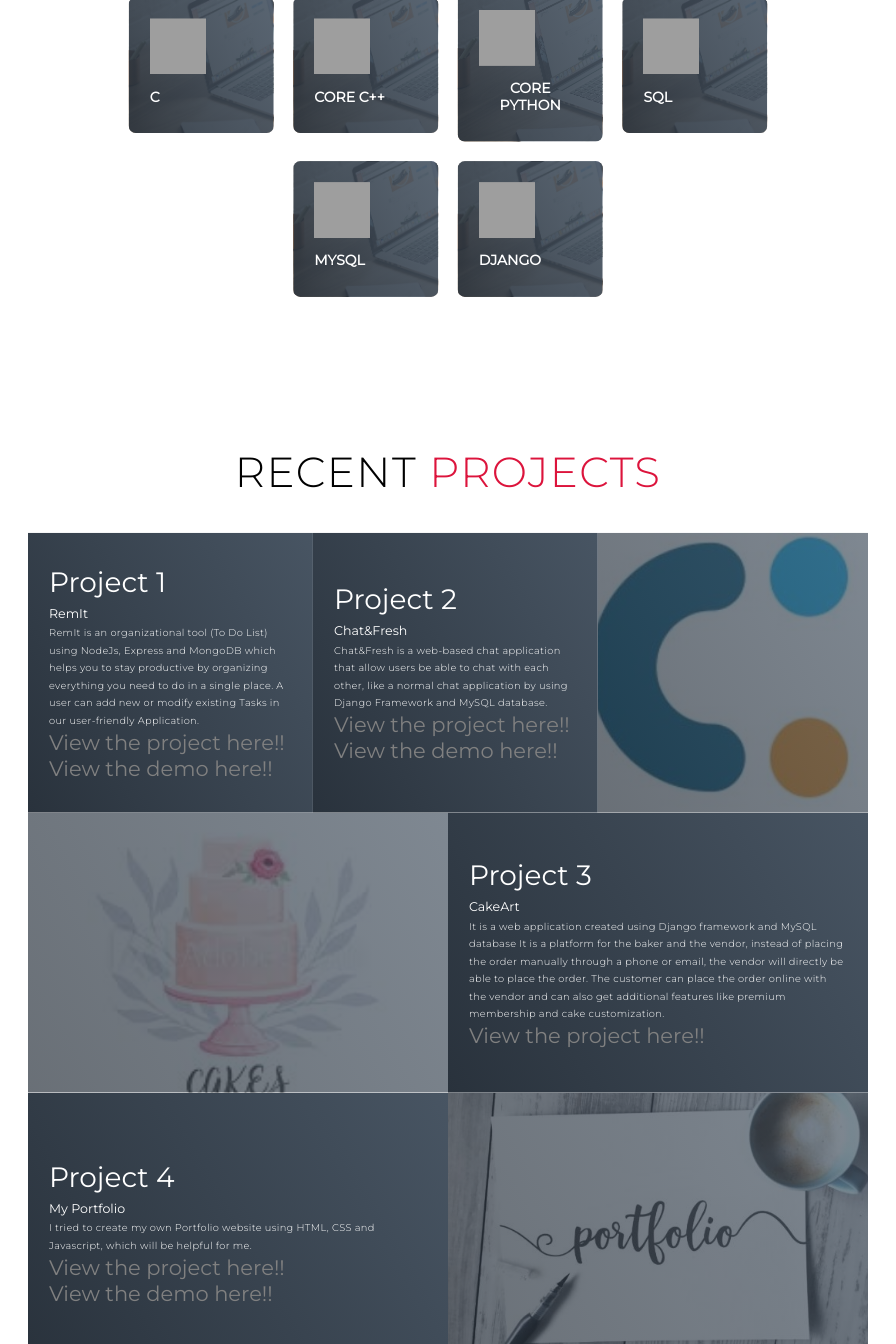
Repository: sanjana-poptani/sanjana-poptani.github.io
Page: index.html
These files come from the project's save history. The page is drawn as it stood at one moment and after the next save; the edit follows.
The browser window is 1280 px wide. The pictures show the part of the page from y = 983 to 2903 px (the page is 4684 px tall), at 70% of full size.
Pictures or frames that could not be fetched are drawn as grey boxes.

Above is the page before, as saved 2021-12-28 00:40:39.

### index.html
<!DOCTYPE html>
<html lang="en">
<head>
    <meta charset="UTF-8">
    <meta http-equiv="X-UA-Compatible" content="IE=edge">
    <meta name="viewport" content="width=device-width, initial-scale=1.0">
    <title>Sanjana Poptani</title>
    <link rel="stylesheet" href="style.css">
    <link rel="icon" href="images/newimg.jpg" type="image/x-icon">
</head>
<body>
    <!-- Header -->
  <section id="header">
    <div class="header container">
      <div class="nav-bar">
        <div class="brand">
          <a href="#hero">
            <h1><span>P</span>optani <span>S</span>anjana</h1>
          </a>
        </div>
        <div class="nav-list">
          <div class="hamburger">
            <div class="bar"></div>
          </div>
          <ul>
            <li><a href="#hero" data-after="Home">Home</a></li>
            <li><a href="#services" data-after="Service">Skills</a></li>
            <li><a href="#projects" data-after="Projects">Projects</a></li>
            <li><a href="#about" data-after="About">About</a></li>
            <li><a href="#contact" data-after="Contact">Contact</a></li>
          </ul>
        </div>
      </div>
    </div>
  </section>
  <!-- End Header -->

  <!-- Hero section  -->
    <section id="hero">
        <div class="hero container">
            <div>
                <h1>Hello,</h1>
                <h1>My Name is</h1>
                <h1>Sanjana</h1>
                <!-- <a href="#" type="button" class="cta">Portfolio</a> -->
            </div>
        </div>
    </section>
    <!-- end hero section  -->

 <!-- Service Section -->
 <section id="services">
    <div class="services container">
      <div class="service-top">
        <h1 class="section-title">My <span>Skills</span></h1>
      </div>
      <div class="service-bottom">
        <div class="service-item">
          <div class="icon"><img src="https://img.icons8.com/bubbles/100/000000/services.png" /></div>
          <h2>C</h2>
        </div>
        <div class="service-item">
          <div class="icon"><img src="https://img.icons8.com/bubbles/100/000000/services.png" /></div>
          <h2>Core C++</h2>
        </div>
        <div class="service-item">
          <div class="icon"><img src="https://img.icons8.com/bubbles/100/000000/services.png" /></div>
          <h2>Core Python</h2>
        </div>
        <div class="service-item">
          <div class="icon"><img src="https://img.icons8.com/bubbles/100/000000/services.png" /></div>
          <h2>SQL</h2>
        </div>
        <div class="service-item">
          <div class="icon"><img src="https://img.icons8.com/bubbles/100/000000/services.png" /></div>
          <h2>MySQL</h2>
        </div>
        <div class="service-item">
            <div class="icon"><img src="https://img.icons8.com/bubbles/100/000000/services.png" /></div>
            <h2>Django</h2>
          </div>
      </div>
    </div>
  </section>
  <!-- End Service Section -->

<!-- Projects Section -->
<section id="projects">
    <div class="projects container">
      <div class="projects-header">
        <h1 class="section-title">Recent <span>Projects</span></h1>
      </div>
      <div class="all-projects">
        <div class="project-item">
          <div class="project-info">
            <h1>Project 1</h1>
            <h2>RemIt</h2>
            <p>RemIt is an organizational tool (To Do List) using NodeJs, Express and MongoDB which helps you to stay productive
              by organizing everything you need to do in a single place. A user can add new
              or modify existing Tasks in our user-friendly Application.</p>
                <a href="https://github.com/sanjana-poptani/RemIt" style="text-decoration: none;font-size: 30px;color: gray;" target="blank"> View the project here!!</a>
                <a href="https://remit-siskv.herokuapp.com/" style="text-decoration: none;font-size: 30px;color: gray;" target="blank"> View the demo here!!</a>

          </div>
          <div class="project-info">
            <h1>Project 2</h1>
            <h2>Chat&Fresh</h2>
            <p>Chat&Fresh is a web-based chat application that allow users be
                able to chat with each other, like a normal chat application by using Django Framework and MySQL database.</p>
                <a href="https://github.com/sanjana-poptani/Chat-and-Fresh" style="text-decoration: none;font-size: 30px;color: gray;" target="blank"> View the project here!!</a>
                <a href="https://youtu.be/TArH2xCxA6k" style="text-decoration: none;font-size: 30px;color: gray;" target="blank"> View the demo here!!</a>

          </div>
          <div class="project-img">
            <img src="./images/logo2.jpG" alt="img">
          </div>
        </div>
        <div class="project-item">
          <div class="project-info">
            <h1>Project 3</h1>
            <h2>CakeArt</h2>
            <p>It is a web application created using Django framework and MySQL database
                It is a platform for the baker and the
                vendor, instead of placing the order manually through a phone or
                email, the vendor will directly be able to place the order. The
                customer can place the order online with the vendor and can also
                get additional features like premium membership and cake
                customization.</p>
                <a href="https://github.com/sanjana-poptani/cakeart" style="text-decoration: none;font-size: 30px;color: gray;" target="blank"> View the project here!!</a>
          </div>
          <div class="project-img">
            <img src="./images/cakeart3.jpg" alt="img">
          </div>
        </div>
        <div class="project-item">
          <div class="project-info">
            <h1>Project 4</h1>
            <h2>My Portfolio</h2>
            <p>I tried to create my own Portfolio website using HTML, CSS and Javascript, which will
                be helpful for me.
            </p>
            <a href="https://github.com/sanjana-poptani/sanjana-poptani.github.io" style="text-decoration: none;font-size: 30px;color: gray;" target="blank"> View the project here!!</a>
            <a href="#" style="text-decoration: none;font-size: 30px;color: gray;" target="blank"> View the demo here!!</a>
          </div>
          <div class="project-img">
            <img src="./images/portfolio.jpeg" alt="img">
          </div>
        </div>
    </div>
  </section>
  <!-- End Projects Section -->

  <!-- About Section -->
  <section id="about">
    <div class="about container">
      <div class="col-left">
        <div class="about-img">
          <img src="./images/pic.jpg" style="margin-left: -80px;border: 5px solid black;" alt="img">
        </div>
      </div>
      <div class="col-right">
        <h1 class="section-title">About <span>me</span></h1>
        <p>I am a student, currently pursuing Master of Science,
            in Information Technology MSc-IT at Dhirubhai Ambani Institute of
            Information and Communication Technology DAIICT, Gandhinagar.
            I am from Ahmedabad, Gujarat.
            I had majorly worked on Django-based web projects.
            I believe in - NEVER GIVE UP, BECAUSE GREAT THINGS TAKE TIME.
            I love to code, majorly on backend side of any application,
            and also like to spend my free time in Coding,
     Drawing,
     Doodling,
     Badminton,
     Chess and
    Writing Poems. </p>
        <a href="https://drive.google.com/file/d/17cjaamLYTJtOhoxON5ZoesZKUgztfBiJ/view?usp=sharing" target="blank" class="cta">Download Resume</a>
      </div>
    </div>
  </section>
  <!-- End About Section -->

  <!-- Contact Section -->
  <section id="contact">
    <div class="contact container">
      <div>
        <h1 class="section-title">Contact <span>info</span></h1>
      </div>
      <div class="contact-items">
        <div class="contact-item">
          <div class="icon"><img src="https://img.icons8.com/bubbles/100/000000/phone.png" /></div>
          <div class="contact-info">
            <h1>Phone</h1>
            <h2>+91 991 369 0026</h2>
          </div>
        </div>
        <div class="contact-item">
          <div class="icon"><img src="https://img.icons8.com/bubbles/100/000000/new-post.png" /></div>
          <div class="contact-info">
            <h1>Email</h1>
            <h2>sanjanapoptani54@gmail.com</h2>
          </div>
        </div>

    </div>
  </section>
  <!-- End Contact Section -->

  <!-- Footer -->
  <section id="footer">
    <div class="footer container">
      <div class="brand">
        <h1><span>P</span>optani <span>S</span>anjana</h1>
      </div>
      <div class="social-icon">
        <div class="social-item">
          <a href="https://www.facebook.com/sanjana.poptani" target="blank"><img src="https://img.icons8.com/bubbles/100/000000/facebook-new.png" /></a>
        </div>
        <div class="social-item">
          <a href="https://www.instagram.com/s_art_and_poems1171/" target="blank"><img src="https://img.icons8.com/bubbles/100/000000/instagram-new.png" /></a>
        </div>
        <div class="social-item">
          <a href="https://www.linkedin.com/in/sanjana-poptani-082958177/" target="blank"><img src="https://img.icons8.com/bubbles/100/000000/linkedin.png" /></a>
        </div>
        <div class="social-item">
          <a href="https://github.com/sanjana-poptani" target="blank"><img src="https://img.icons8.com/bubbles/100/000000/github.png" /></a>
        </div>
      </div>

    </div>
  </section>
  <!-- End Footer -->
  <script src="./app.js"></script>
</body>
</html>

### style.css
@import 'https://fonts.googleapis.com/css?family=Montserrat:300, 400, 700&display=swap';
* {
	padding: 0;
	margin: 0;
	box-sizing: border-box;
}
html {
	font-size: 10px;
	font-family: 'Montserrat', sans-serif;
	scroll-behavior: smooth;
}
a {
	text-decoration: none;
}
.container {
	min-height: 100vh;
	width: 100%;
	display: flex;
	align-items: center;
	justify-content: center;
}
img {
	height: 100%;
	width: 100%;
	object-fit: cover;
}
p {
	color: black;
	font-size: 1.4rem;
	margin-top: 5px;
	line-height: 2.5rem;
	font-weight: 300;
	letter-spacing: 0.05rem;
}
.section-title {
	font-size: 4rem;
	font-weight: 300;
	color: black;
	margin-bottom: 10px;
	text-transform: uppercase;
	letter-spacing: 0.2rem;
	text-align: center;
}
.section-title span {
	color: crimson;
}

.cta {
	display: inline-block;
	padding: 10px 30px;
	color: white;
	background-color: transparent;
	border: 2px solid crimson;
	font-size: 2rem;
	text-transform: uppercase;
	letter-spacing: 0.1rem;
	margin-top: 30px;
	transition: 0.3s ease;
	transition-property: background-color, color;
}
.cta:hover {
	color: white;
	background-color: crimson;
}
.brand h1 {
	font-size: 3rem;
	text-transform: uppercase;
	color: white;
}
.brand h1 span {
	color: crimson;
}

/* Header section */
#header {
	position: fixed;
	z-index: 1000;
	left: 0;
	top: 0;
	width: 100vw;
	height: auto;
}
#header .header {
	min-height: 8vh;
	background-color: rgba(31, 30, 30, 0.24);
	transition: 0.3s ease background-color;
}
#header .nav-bar {
	display: flex;
	align-items: center;
	justify-content: space-between;
	width: 100%;
	height: 100%;
	max-width: 1300px;
	padding: 0 10px;
}
#header .nav-list ul {
	list-style: none;
	position: absolute;
	background-color: rgb(31, 30, 30);
	width: 100vw;
	height: 100vh;
	left: 100%;
	top: 0;
	display: flex;
	flex-direction: column;
	justify-content: center;
	align-items: center;
	z-index: 1;
	overflow-x: hidden;
	transition: 0.5s ease left;
}
#header .nav-list ul.active {
	left: 0%;
}
#header .nav-list ul a {
	font-size: 2.5rem;
	font-weight: 500;
	letter-spacing: 0.2rem;
	text-decoration: none;
	color: white;
	text-transform: uppercase;
	padding: 20px;
	display: block;
}
#header .nav-list ul a::after {
	content: attr(data-after);
	position: absolute;
	top: 50%;
	left: 50%;
	transform: translate(-50%, -50%) scale(0);
	color: rgba(240, 248, 255, 0.021);
	font-size: 13rem;
	letter-spacing: 50px;
	z-index: -1;
	transition: 0.3s ease letter-spacing;
}
#header .nav-list ul li:hover a::after {
	transform: translate(-50%, -50%) scale(1);
	letter-spacing: initial;
}
#header .nav-list ul li:hover a {
	color: crimson;
}
#header .hamburger {
	height: 60px;
	width: 60px;
	display: inline-block;
	border: 3px solid white;
	border-radius: 50%;
	position: relative;
	display: flex;
	align-items: center;
	justify-content: center;
	z-index: 100;
	cursor: pointer;
	transform: scale(0.8);
	margin-right: 20px;
}
#header .hamburger:after {
	position: absolute;
	content: '';
	height: 100%;
	width: 100%;
	border-radius: 50%;
	border: 3px solid white;
	animation: hamburger_puls 1s ease infinite;
}
#header .hamburger .bar {
	height: 2px;
	width: 30px;
	position: relative;
	background-color: white;
	z-index: -1;
}
#header .hamburger .bar::after,
#header .hamburger .bar::before {
	content: '';
	position: absolute;
	height: 100%;
	width: 100%;
	left: 0;
	background-color: white;
	transition: 0.3s ease;
	transition-property: top, bottom;
}
#header .hamburger .bar::after {
	top: 8px;
}
#header .hamburger .bar::before {
	bottom: 8px;
}
#header .hamburger.active .bar::before {
	bottom: 0;
}
#header .hamburger.active .bar::after {
	top: 0;
}
/* End Header section */

/* Hero Section */
#hero {
	background-image: url(./images/cover5.jpg);
	background-size: cover;
	background-position: top center;
	position: relative;
	z-index: 1;
}
#hero::after {
	content: '';
	position: absolute;
	left: 0;
	top: 0;
	height: 100%;
	width: 100%;
	background-color: black;
	opacity: 0.7;
	z-index: -1;
}
#hero .hero {
	max-width: 1200px;
	margin: 0 auto;
	padding: 0 50px;
	justify-content: flex-start;
}
#hero h1 {
	display: block;
	width: fit-content;
	font-size: 4rem;
	position: relative;
	color: transparent;
	animation: text_reveal 0.5s ease forwards;
	animation-delay: 1s;
}
#hero h1:nth-child(1) {
	animation-delay: 1s;
}
#hero h1:nth-child(2) {
	animation-delay: 2s;
}
#hero h1:nth-child(3) {
	animation: text_reveal_name 0.5s ease forwards;
	animation-delay: 3s;
}
#hero h1 span {
	position: absolute;
	top: 0;
	left: 0;
	height: 100%;
	width: 0;
	background-color: crimson;
	animation: text_reveal_box 1s ease;
	animation-delay: 0.5s;
}
#hero h1:nth-child(1) span {
	animation-delay: 0.5s;
}
#hero h1:nth-child(2) span {
	animation-delay: 1.5s;
}
#hero h1:nth-child(3) span {
	animation-delay: 2.5s;
}

/* End Hero Section */

/* Services Section */
#services .services {
	flex-direction: column;
	text-align: center;
	max-width: 1500px;
	margin: 0 auto;
	padding: 100px 0;
}
#services .service-top {
	max-width: 500px;
	margin: 0 auto;
}
#services .service-bottom {
	display: flex;
	align-items: center;
	justify-content: center;
	flex-wrap: wrap;
	margin-top: 50px;
}
#services .service-item {
	flex-basis: 80%;
	display: flex;
	align-items: flex-start;
	justify-content: center;
	flex-direction: column;
	padding: 30px;
	border-radius: 10px;
	background-image: url(./images/cover3.jpg);
	background-size: cover;
	margin: 10px 5%;
	position: relative;
	z-index: 1;
	overflow: hidden;
}
#services .service-item::after {
	content: '';
	position: absolute;
	left: 0;
	top: 0;
	height: 100%;
	width: 100%;
	background-image: linear-gradient(60deg, #29323c 0%, #485563 100%);
	opacity: 0.9;
	z-index: -1;
}
#services .service-bottom .icon {
	height: 80px;
	width: 80px;
	margin-bottom: 20px;
}
#services .service-item h2 {
	font-size: 2rem;
	color: white;
	margin-bottom: 10px;
	text-transform: uppercase;
}
#services .service-item p {
	color: white;
	text-align: left;
}
/* End Services Section */

/* Projects section */
#projects .projects {
	flex-direction: column;
	max-width: 1200px;
	margin: 0 auto;
	padding: 100px 0;
}
#projects .projects-header h1 {
	margin-bottom: 50px;
}
#projects .all-projects {
	display: flex;
	align-items: center;
	justify-content: center;
	flex-direction: column;
}
#projects .project-item {
	display: flex;
	align-items: center;
	justify-content: center;
	flex-direction: column;
	width: 80%;
	margin: 20px auto;
	overflow: hidden;
	border-radius: 10px;
}
#projects .project-info {
	padding: 30px;
	flex-basis: 50%;
	height: 100%;
	display: flex;
	align-items: flex-start;
	justify-content: center;
	flex-direction: column;
	background-image: linear-gradient(60deg, #29323c 0%, #485563 100%);
	color: white;
}
#projects .project-info h1 {
	font-size: 4rem;
	font-weight: 500;
}
#projects .project-info h2 {
	font-size: 1.8rem;
	font-weight: 500;
	margin-top: 10px;
}
#projects .project-info p {
	color: white;
}
#projects .project-img {
	flex-basis: 50%;
	height: 300px;
	overflow: hidden;
	position: relative;
}
#projects .project-img:after {
	content: '';
	position: absolute;
	left: 0;
	top: 0;
	height: 100%;
	width: 100%;
	background-image: linear-gradient(60deg, #29323c 0%, #485563 100%);
	opacity: 0.7;
}
#projects .project-img img {
	transition: 0.3s ease transform;
}
#projects .project-item:hover .project-img img {
	transform: scale(1.1);
}
/* End Projects section */

/* About Section */
#about .about {
	flex-direction: column-reverse;
	text-align: center;
	max-width: 1200px;
	margin: 0 auto;
	padding: 100px 20px;
}
#about .col-left {
	width: 250px;
	height: 360px;
}
#about .col-right {
	width: 100%;
}
#about .col-right h2 {
	font-size: 1.8rem;
	font-weight: 500;
	letter-spacing: 0.2rem;
	margin-bottom: 10px;
}
#about .col-right p {
	margin-bottom: 20px;
}
#about .col-right .cta {
	color: black;
	margin-bottom: 50px;
	padding: 10px 20px;
	font-size: 2rem;
}
#about .col-left .about-img {
	height: 100%;
	width: 100%;
	position: relative;
	border: 10px solid white;
}
#about .col-left .about-img::after {
	content: '';
	position: absolute;
	left: -33px;
	top: 19px;
	height: 98%;
	width: 98%;
	/* border: 7px solid black; */
	z-index: -1;
}
/* End About Section */

/* contact Section */
#contact .contact {
	flex-direction: column;
	max-width: 1200px;
	margin: 0 auto;
	width: 90%;
}
#contact .contact-items {
	/* max-width: 400px; */
	width: 100%;
}
#contact .contact-item {
	width: 80%;
	padding: 20px;
	text-align: center;
	border-radius: 10px;
	padding: 30px;
	margin: 30px;
	display: flex;
	justify-content: center;
	align-items: center;
	flex-direction: column;
	box-shadow: 0px 0px 18px 0 #0000002c;
	transition: 0.3s ease box-shadow;
}
#contact .contact-item:hover {
	box-shadow: 0px 0px 5px 0 #0000002c;
}
#contact .icon {
	width: 70px;
	margin: 0 auto;
	margin-bottom: 10px;
}
#contact .contact-info h1 {
	font-size: 2.5rem;
	font-weight: 500;
	margin-bottom: 5px;
}
#contact .contact-info h2 {
	font-size: 1.3rem;
	line-height: 2rem;
	font-weight: 500;
}
/*End contact Section */

/* Footer */
#footer {
	background-image: linear-gradient(60deg, #29323c 0%, #485563 100%);
}
#footer .footer {
	min-height: 200px;
	flex-direction: column;
	padding-top: 50px;
	padding-bottom: 10px;
}
#footer h2 {
	color: white;
	font-weight: 500;
	font-size: 1.8rem;
	letter-spacing: 0.1rem;
	margin-top: 10px;
	margin-bottom: 10px;
}
#footer .social-icon {
	display: flex;
	margin-bottom: 30px;
}
#footer .social-item {
	height: 50px;
	width: 50px;
	margin: 0 5px;
}
#footer .social-item img {
	filter: grayscale(1);
	transition: 0.3s ease filter;
}
#footer .social-item:hover img {
	filter: grayscale(0);
}
#footer p {
	color: white;
	font-size: 1.3rem;
}
/* End Footer */

/* Keyframes */
@keyframes hamburger_puls {
	0% {
		opacity: 1;
		transform: scale(1);
	}
	100% {
		opacity: 0;
		transform: scale(1.4);
	}
}
@keyframes text_reveal_box {
	50% {
		width: 100%;
		left: 0;
	}
	100% {
		width: 0;
		left: 100%;
	}
}
@keyframes text_reveal {
	100% {
		color: white;
	}
}
@keyframes text_reveal_name {
	100% {
		color: crimson;
		font-weight: 500;
	}
}
/* End Keyframes */

/* Media Query For Tablet */
@media only screen and (min-width: 768px) {
	.cta {
		font-size: 2.5rem;
		padding: 20px 60px;
	}
	h1.section-title {
		font-size: 6rem;
	}

	/* Hero */
	#hero h1 {
		font-size: 7rem;
	}
	/* End Hero */

	/* Services Section */
	#services .service-bottom .service-item {
		flex-basis: 45%;
		margin: 2.5%;
	}
	/* End Services Section */

	/* Project */
	#projects .project-item {
		flex-direction: row;
	}
	#projects .project-item:nth-child(even) {
		flex-direction: row-reverse;
	}
	#projects .project-item {
		height: 400px;
		margin: 0;
		width: 100%;
		border-radius: 0;
	}
	#projects .all-projects .project-info {
		height: 100%;
	}
	#projects .all-projects .project-img {
		height: 100%;
	}
	/* End Project */

	/* About */
	#about .about {
		flex-direction: row;
	}
	#about .col-left {
		width: 600px;
		height: 400px;
		padding-left: 60px;
	}
	#about .about .col-left .about-img::after {
		left: -45px;
		top: -14px;
		height: 100%;
		width: 99%;
		/* border: 10px solid black; */
	}
	#about .col-right {
		text-align: left;
		padding: 30px;
	}
	#about .col-right h1 {
		text-align: left;
	}
	/* End About */

	/* contact  */
	#contact .contact {
		flex-direction: column;
		padding: 100px 0;
		align-items: center;
		justify-content: center;
		min-width: 20vh;
	}
	#contact .contact-items {
		width: 100%;
		display: flex;
		flex-direction: row;
		justify-content: space-evenly;
		margin: 0;
	}
	#contact .contact-item {
		width: 30%;
		margin: 0;
		flex-direction: row;
	}
	#contact .contact-item .icon {
		height: 100px;
		width: 100px;
	}
	#contact .contact-item .icon img {
		object-fit: contain;
	}
	#contact .contact-item .contact-info {
		width: 100%;
		text-align: left;
		padding-left: 20px;
	}
	/* End contact  */
}
/* End Media Query For Tablet */

/* Media Query For Desktop */
@media only screen and (min-width: 1200px) {
	/* header */
	#header .hamburger {
		display: none;
	}
	#header .nav-list ul {
		position: initial;
		display: block;
		height: auto;
		width: fit-content;
		background-color: transparent;
	}
	#header .nav-list ul li {
		display: inline-block;
	}
	#header .nav-list ul li a {
		font-size: 1.8rem;
	}
	#header .nav-list ul a:after {
		display: none;
	}
	/* End header */

	#services .service-bottom .service-item {
		flex-basis: 22%;
		margin: 1.5%;
	}
}
/* End  Media Query For Desktop */

Loaded but not shown: app.js (25 lines, source omitted)

After the next save:
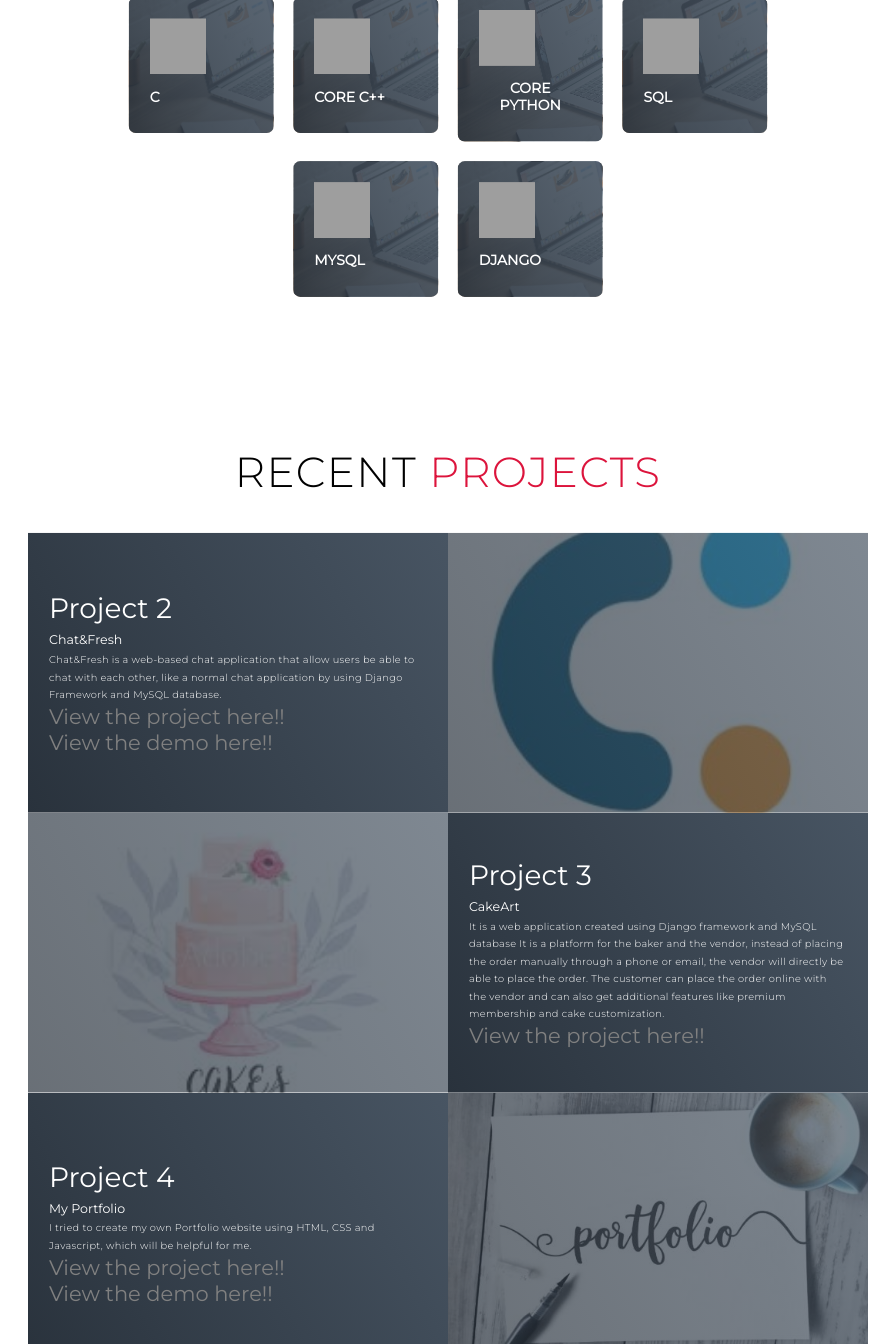
Saved 39 s later.
--- a/index.html
+++ b/index.html
@@ -92,16 +92,7 @@
       </div>
       <div class="all-projects">
         <div class="project-item">
-          <div class="project-info">
-            <h1>Project 1</h1>
-            <h2>RemIt</h2>
-            <p>RemIt is an organizational tool (To Do List) using NodeJs, Express and MongoDB which helps you to stay productive
-              by organizing everything you need to do in a single place. A user can add new
-              or modify existing Tasks in our user-friendly Application.</p>
-                <a href="https://github.com/sanjana-poptani/RemIt" style="text-decoration: none;font-size: 30px;color: gray;" target="blank"> View the project here!!</a>
-                <a href="https://remit-siskv.herokuapp.com/" style="text-decoration: none;font-size: 30px;color: gray;" target="blank"> View the demo here!!</a>
-
-          </div>
+
           <div class="project-info">
             <h1>Project 2</h1>
             <h2>Chat&Fresh</h2>
